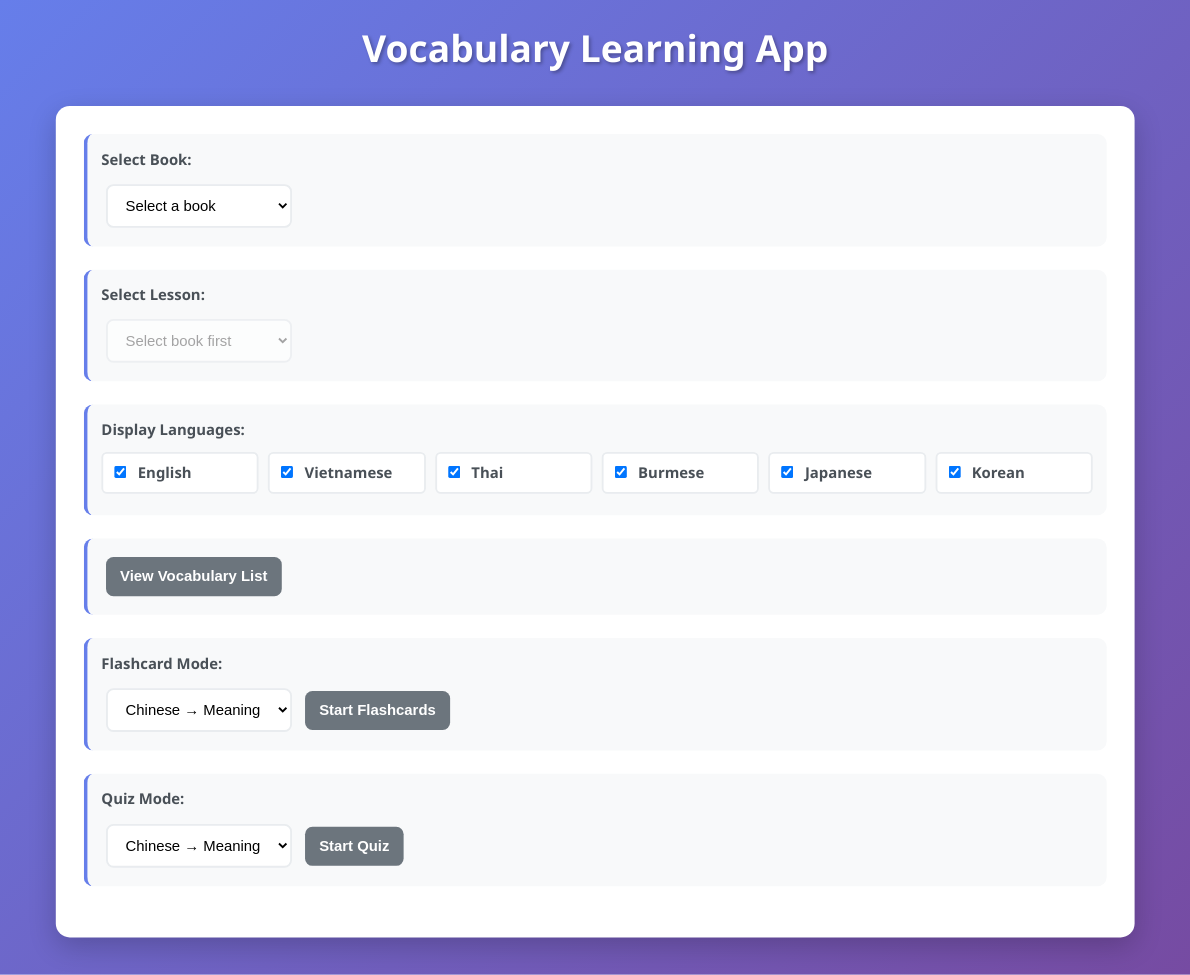
Repository: fangdongyzu/dangdaiflashcards
Page: index.html
These files come from the project's save history. The page is drawn as it stood at one moment and after the next save; the edit follows.
The browser window is 1280 px wide. The pictures show the whole page, at 93% of full size.

Above is the page before, as saved 2025-11-28 09:53:09.

After the next save:
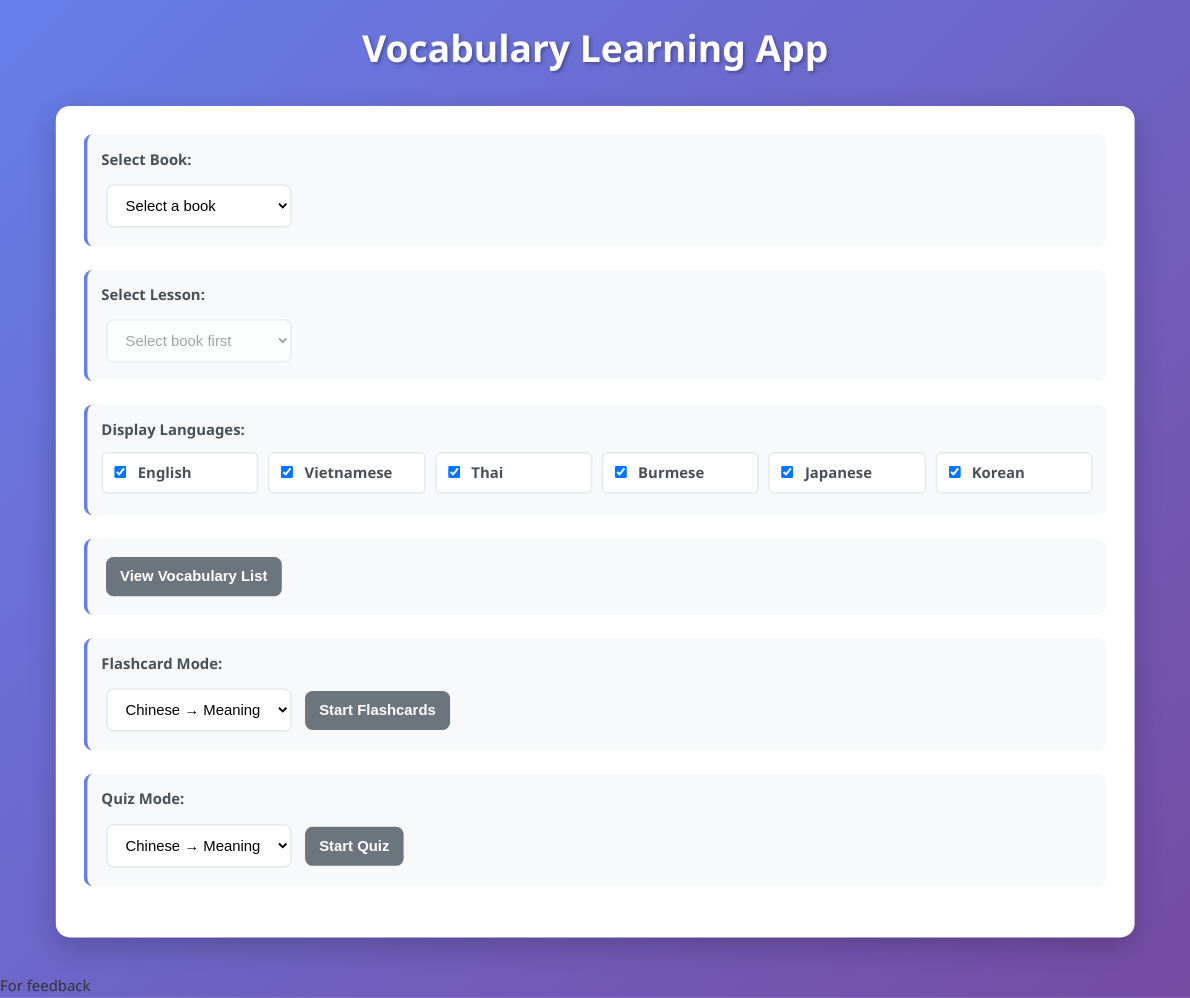
Saved 4 s later.
--- a/index.html
+++ b/index.html
@@ -177,5 +177,7 @@
 
     <script src="script.js"></script>
 </body>
-<footer
+<footer>
+    For feedback
+</footer>
 </html>
